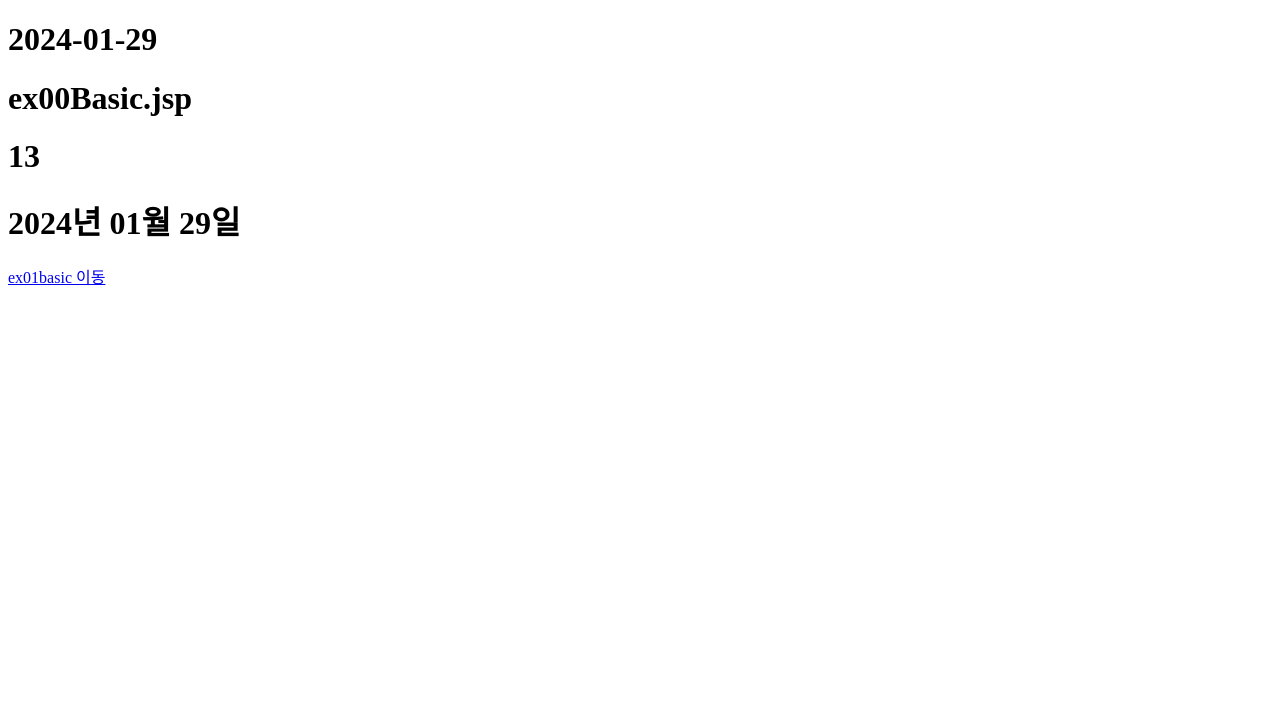
Repository: pyeonm30/PYMjspWorkspace
Page: http://localhost/basicJSP/ex00basic.jsp
The author's editor kept a copy of each file at every save. The page is drawn from the files as they stood at one save, then again after the next save.
The browser window is 1280 px wide. The pictures show the whole page.
The page is served by Tomcat 9.

Above is the page before, as saved 2024-01-29 08:31:31.

After the next save:
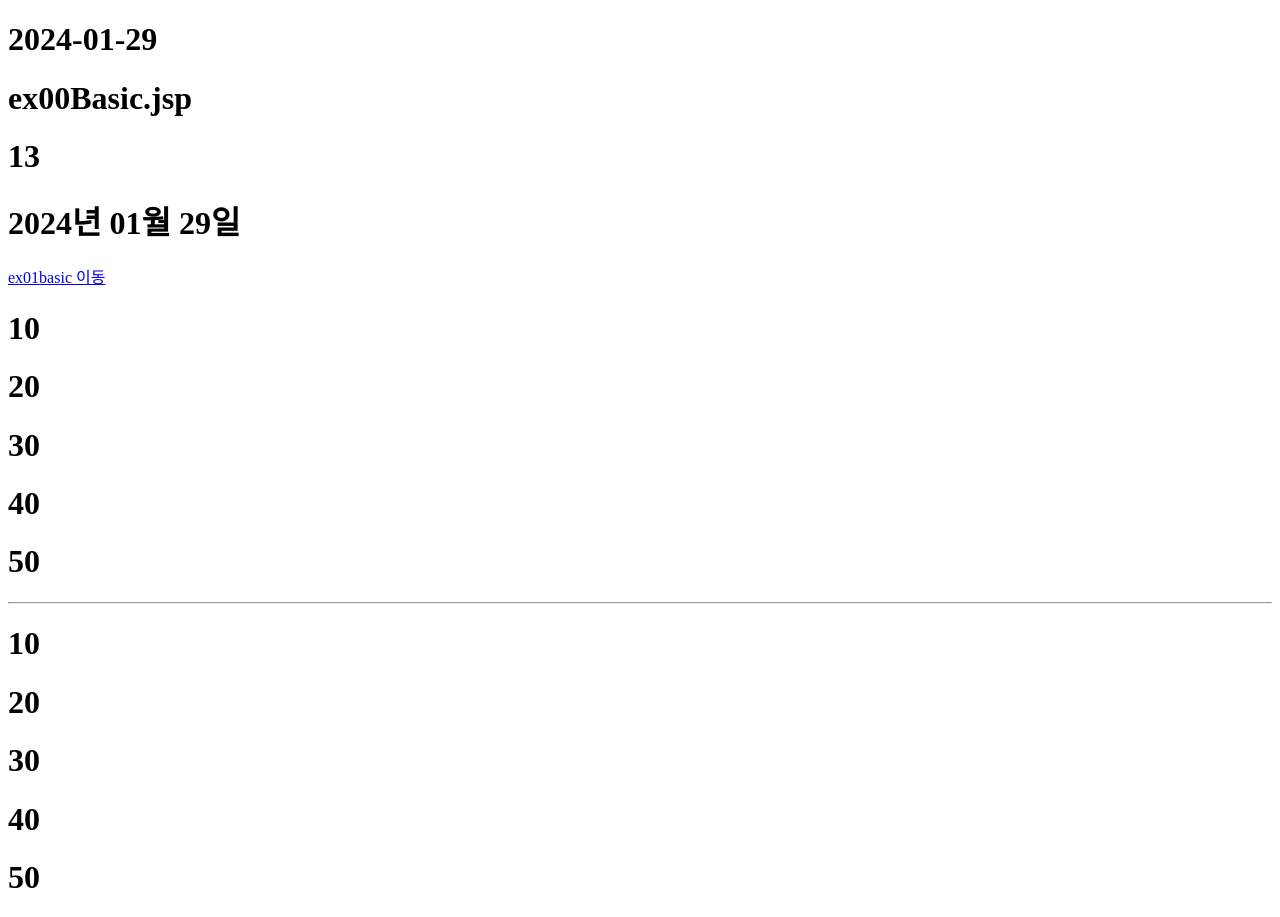
Saved 4 min 19 s later.
--- a/basicJSP/src/main/webapp/ex00basic.jsp
+++ b/basicJSP/src/main/webapp/ex00basic.jsp
@@ -24,12 +24,16 @@
 	System.out.println(today);
 	out.println("<h1>" + today +"</h1>");
 	String now = today.format(DateTimeFormatter.ofPattern("yyyy년 MM월 dd일"));
+
 %>
+
 </head>
 <body>
 <h1> ex00Basic.jsp</h1>
 
 <%
+   int[] arr = {10,20,30,40,50};
+
 // 스크립트릿 태그 안에서는 자바랑 똑같이 사용할 수 있다
    int num = 3 + 10;
 %>
@@ -37,5 +41,22 @@
 <h1> <%= num %> </h1>
 <h1> <%= now %></h1>
 <a href="./ex01basic.html"> ex01basic 이동 </a>
+
+
+<%
+	for(int i =0; i < arr.length; i+=1){
+		out.println("<h1>"+ arr[i]+" </h1>");
+	}
+
+%>
+
+<hr>
+
+<% 	for(int i =0; i < arr.length; i+=1){ %>
+
+<h1> <%= arr[i] %> </h1>
+
+<%} %>
+
 </body>
 </html>
